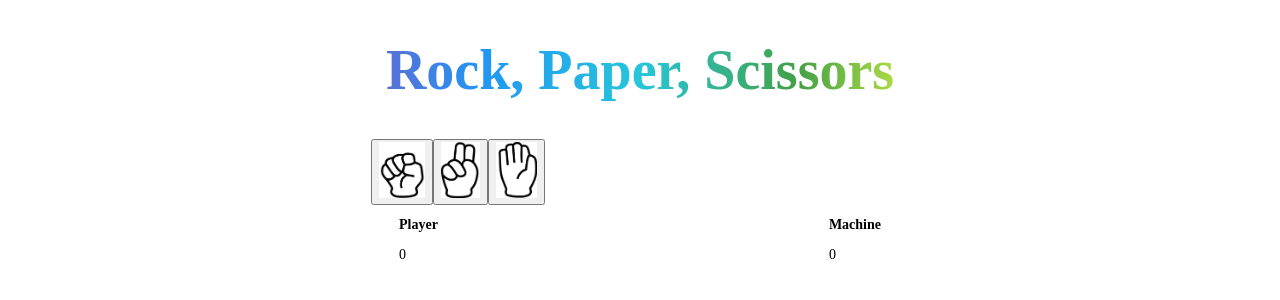
Repository: dung8466/RPS
Page: index.html
These files come from the project's save history. The page is drawn as it stood at one moment and after the next save; the edit follows.
The browser window is 1280 px wide. The pictures show the whole page.

Above is the page before, as saved 2022-07-01 19:22:31.

After the next save:
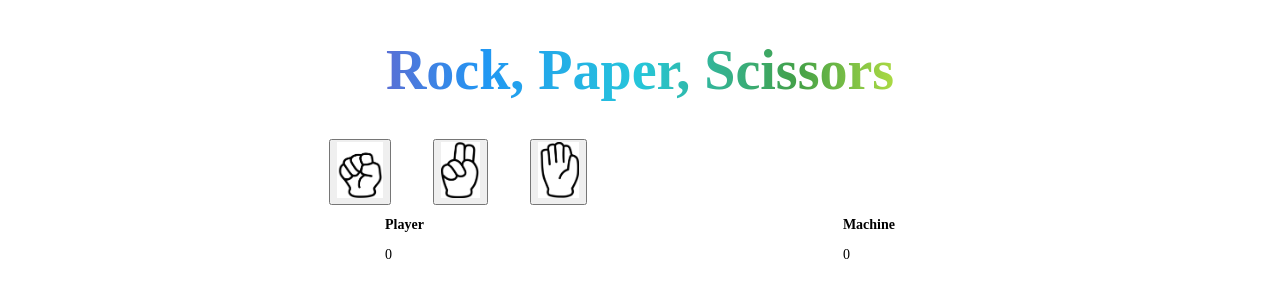
Saved 26 s later.
--- a/style.css
+++ b/style.css
@@ -8,6 +8,7 @@
     align-items: center;
     justify-content: space-evenly;
     align-content: space-between;
+    gap: 3em;
 }
 
 img{
